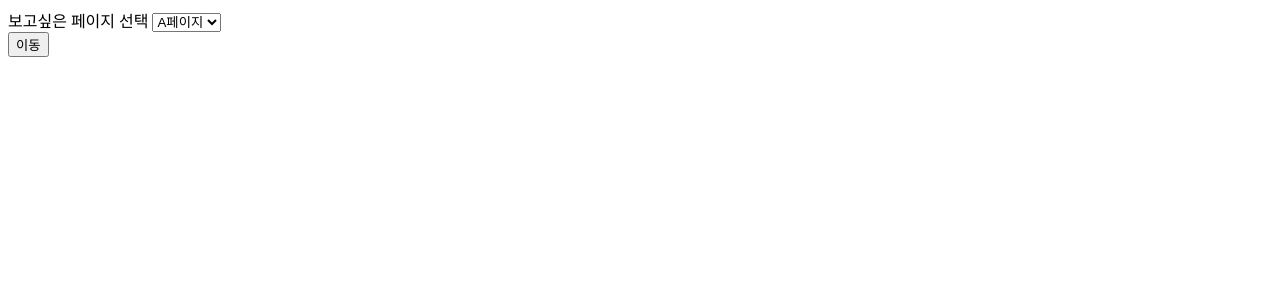
Repository: JJinBBangg/JSP
Page: http://localhost/jsp/ch07/exam/select.jsp
These files come from the project's save history. The page is drawn as it stood at one moment and after the next save; the edit follows.
The browser window is 1280 px wide. The pictures show the whole page.
The page is served by Tomcat 9.

Above is the page before, as saved 2023-03-30 01:40:57.

After the next save:
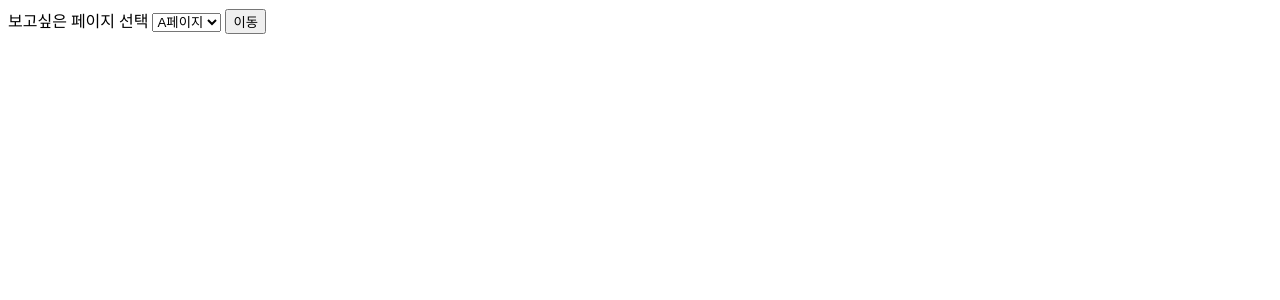
Saved 14 s later.
--- a/jsp/src/main/webapp/ch07/exam/select.jsp
+++ b/jsp/src/main/webapp/ch07/exam/select.jsp
@@ -14,8 +14,8 @@
 		<select name="code">
 			<option value="A">A페이지</option>
 			<option value="B">B페이지</option>
-			<option value="C">C페이지</option>
-		</select><br />
+			<option value="C">C페이지</option><br />
+		</select>
 		<input type="submit" value="이동" />
 	</form>
 </body>

After the save that followed:
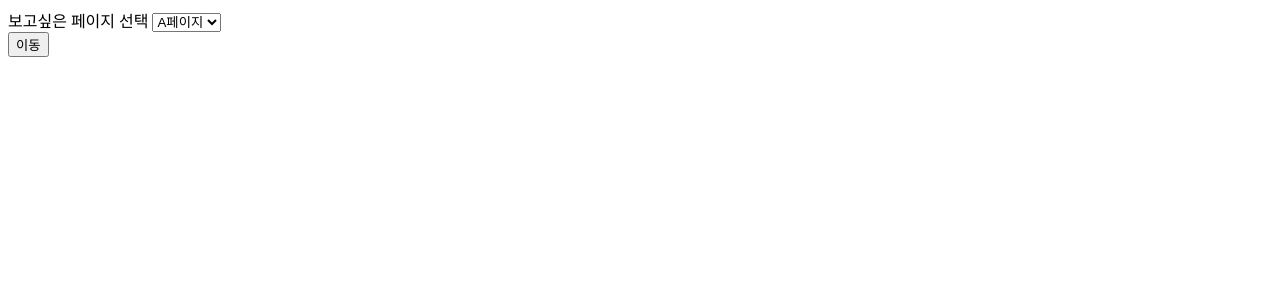
Saved 7 s later.
--- a/jsp/src/main/webapp/ch07/exam/select.jsp
+++ b/jsp/src/main/webapp/ch07/exam/select.jsp
@@ -14,8 +14,9 @@
 		<select name="code">
 			<option value="A">A페이지</option>
 			<option value="B">B페이지</option>
-			<option value="C">C페이지</option><br />
+			<option value="C">C페이지</option>
 		</select>
+		<br />
 		<input type="submit" value="이동" />
 	</form>
 </body>
